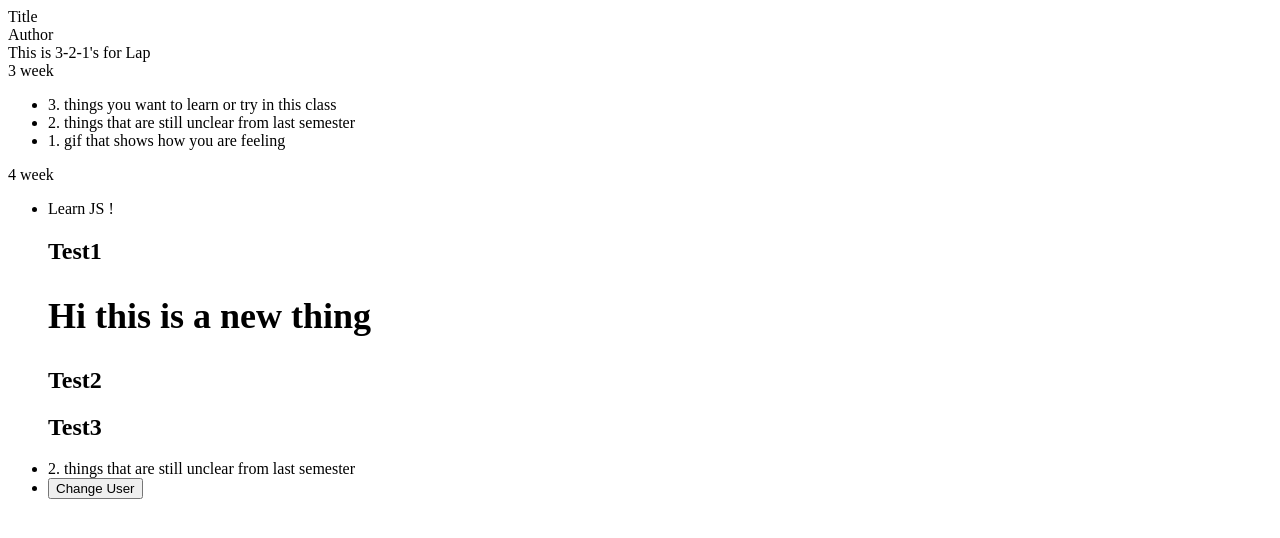
Repository: HyunJunggggg/MDIA2109
Page: inclass/index.html
An editor plug-in stored every save of this project. The page is shown before and after a run of saves, followed by the edit.
The browser window is 1280 px wide. The pictures show the whole page.

Above is the page before, as saved 2025-01-30 16:01:17.

### inclass/index.html
<!DOCTYPE html>
<html lang="en">
    <head>
        <!-- Meta -->
        <meta charset="UTF-8" />
        <meta name="viewport" content="width=device-width, initial-scale=1.0" />
        <link rel="stylesheet" href="style.css" />
        <title> HyunJung's Blog 😉 </title>
    </head>

    <!-- body -->
    <body>
        <section>
            <div class="container" id="rats-ass">
                <header class="container__header">
                    <div class="container__title">Title</div>
                    <div class="container__contextual--info">Author</div>
                </header>
                <div class="container__content">
                    This is 3-2-1's for Lap

                    <div class="container">
                        <header class="container__header">
                            <div class="container__color container__title">3 week</div>
                        </header>
                        <div
                            class="container__content container__content--tight">
                            <ul>
                                <li>
                                    3. things you want to learn or try in this
                                    class
                                </li>
                                <li>
                                    2. things that are still unclear from last
                                    semester
                                </li>
                                <li>1. gif that shows how you are feeling</li>
                            </ul>
                        </div>
                    </div>

                    <div class="container">
                        <header class="container__header">
                            <div class="container__color container__title "> 4 week</div>
                        </header>
                        <div
                            class="container__content container__content--tight">
                            <ul>
                                <li>
                                   Learn JS !
                                   <h1 class="header_title js__header--title">Test1</h1>
                                   <h1>Test2</h1>
                                   <h1>Test3</h1>
                                </li>
                                <li>
                                    2. things that are still unclear from last
                                    semester
                                </li>
                                <li>
                                    <button>Change User</button>
                                </li>
                            </ul>
                        </div>
                    </div>

                </div>
            </div>
        </section>
        <script src="main.js"></script>
    </body>
</html>

### inclass/main.js
console.log('Hello ! This is my 🍉');

// let catName= 'kitten';

// if (catName === 'apple') {
//   window.alert('yeah! Hello kitten ? ');
// } else {
//   window.alert ("Who are you?");
// }


document.querySelector('html').addEventListener('click',() =>{
  alert("Ouch !!!🐱");
});

let $headerElement = document.querySelector('h1');
let $subheader = document.createElement('h2');
// querySelecor -> target one thing
// if var has $ <- this mean, it just reference document.

$subheader.append('Hi this is a new thing');
console.log($subheader);

// querySelectorAll - shows array , so it should target

$headerElement.append($subheader);

let $button = document.querySelector('js-button');
let $heading = document.querySelector('js__header--title')

Loaded but not shown: inclass/style.css (no copy from this time; the picture is the same without it)

After the next 7 saves:
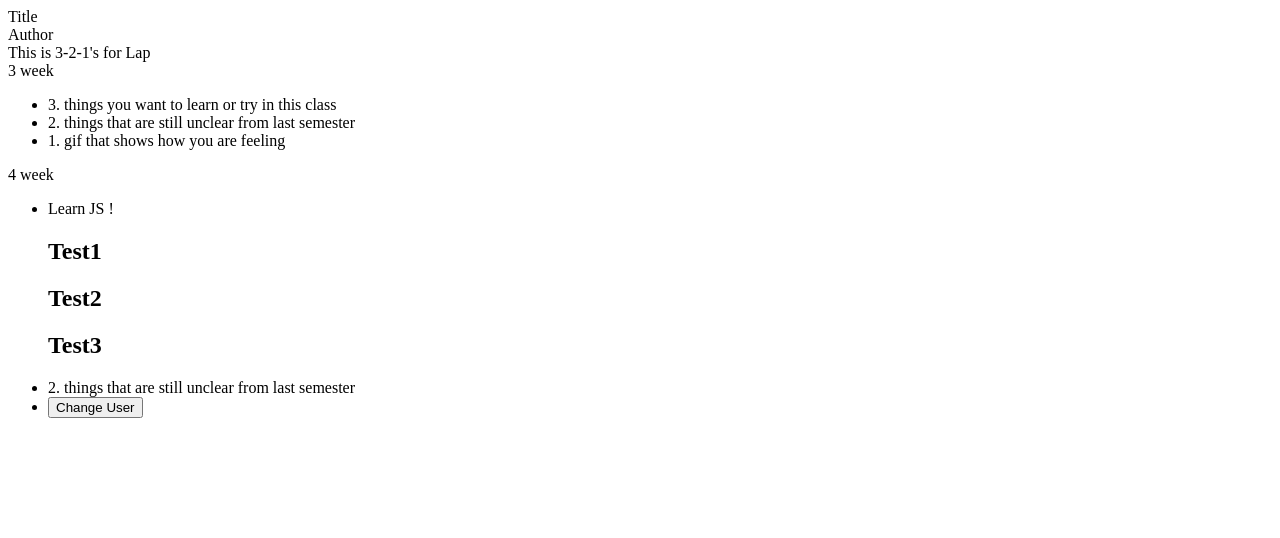
Console error: SyntaxError: Unexpected end of input
The 7 saves are shown as one change because they came seconds apart.
The last was saved 19 s later.
--- a/inclass/main.js
+++ b/inclass/main.js
@@ -25,5 +25,7 @@ console.log($subheader);
 
 $headerElement.append($subheader);
 
-let $button = document.querySelector('js-button');
-let $heading = document.querySelector('js__header--title')
+let $button = document.querySelector('js__button');
+let $heading = document.querySelector('js__header--title');
+
+function setU
